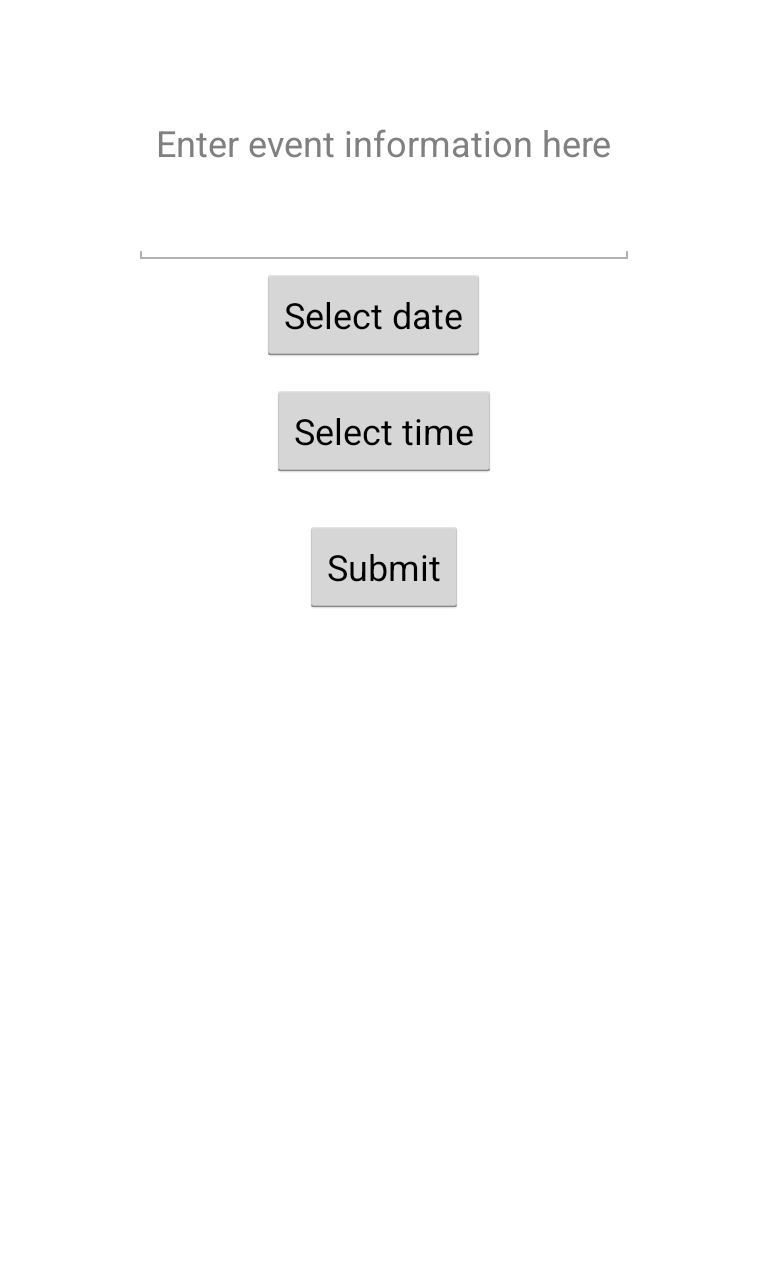
Repository: valleskeyp/Hive6Sample
Layout: NotificationSample/res/layout/activity_main.xml
An editor plug-in stored every save of this project. The layout is shown before and after the next save, followed by the edit.
It is drawn on a 768 x 1280 px phone screen (xhdpi) without system bars, with theme AppTheme; the app's code is not run.

Above is the layout before, as saved 2014-01-14 22:27:24.

After the next save:
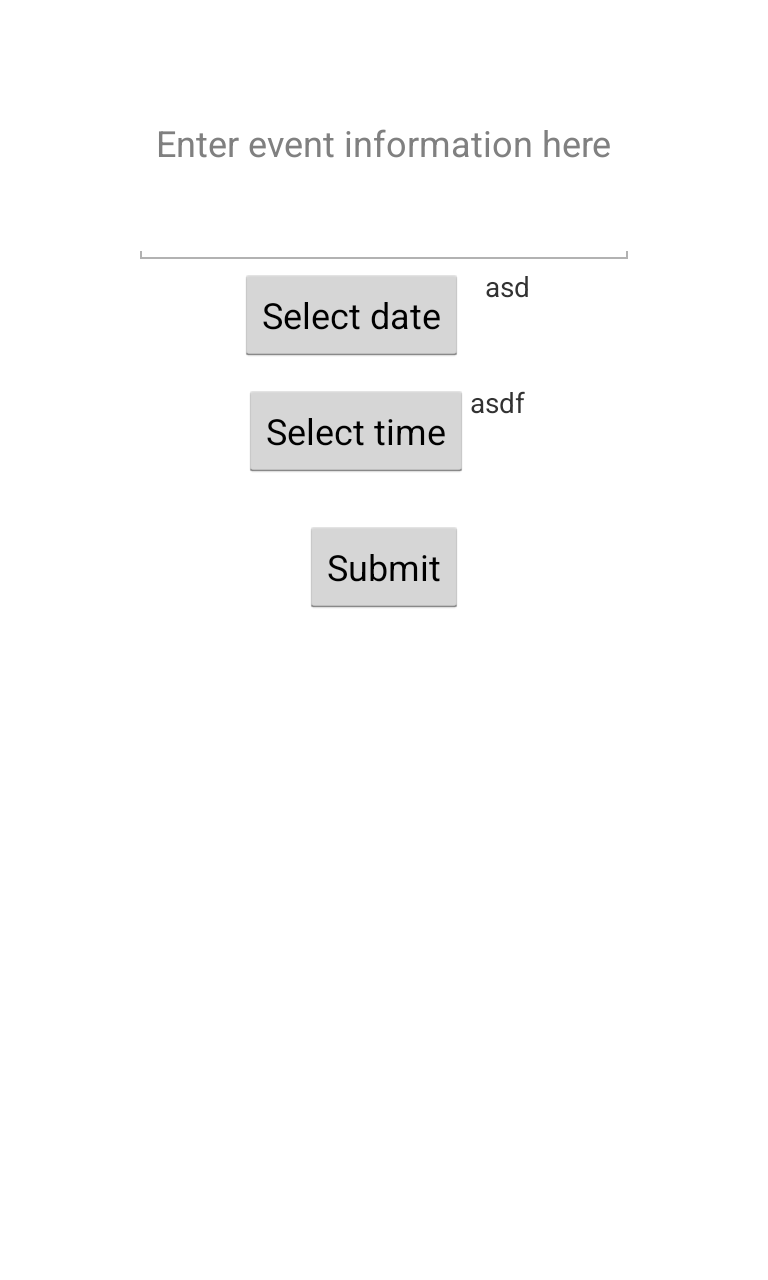
Saved 11 s later.
--- a/NotificationSample/res/layout/activity_main.xml
+++ b/NotificationSample/res/layout/activity_main.xml
@@ -32,7 +32,7 @@
         <TextView
             android:layout_width="wrap_content"
             android:layout_height="wrap_content"
-            android:text="" />
+            android:text="asd" />
 
     </LinearLayout>
 <LinearLayout
@@ -52,7 +52,7 @@
         <TextView
             android:layout_width="wrap_content"
             android:layout_height="wrap_content"
-            android:text="" />
+            android:text="asdf" />
     </LinearLayout>
 
     <Button
